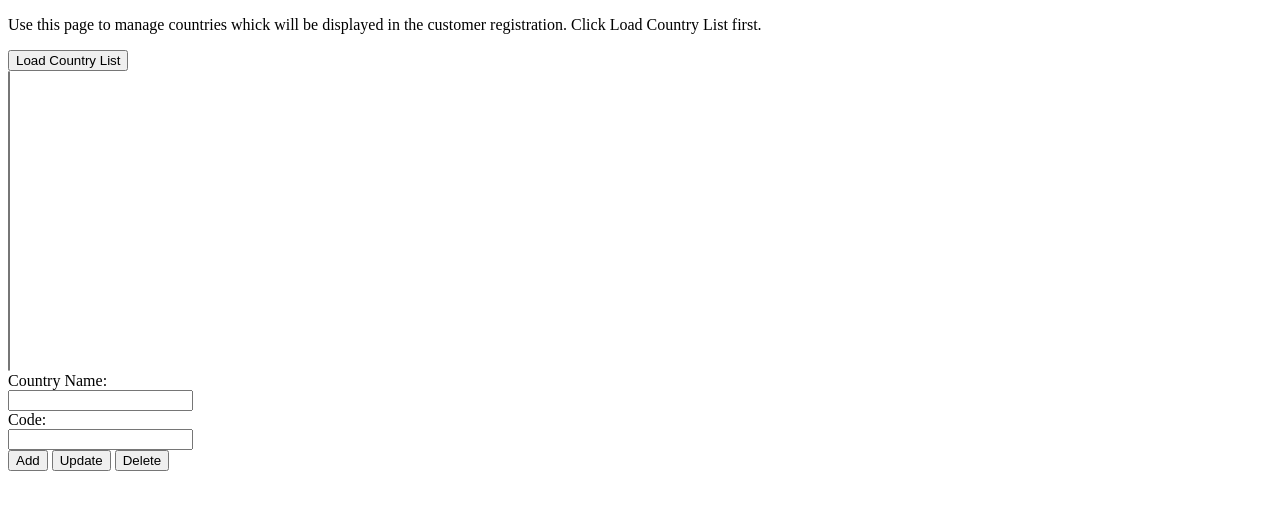
Repository: theAnh-js/Spring-Boot-E-commerce
Page: http://localhost/settings/states
These files come from the project's save history. The page is drawn as it stood at one moment and after the next save; the edit follows.
The browser window is 1280 px wide. The pictures show the whole page.
The page is this project's Thymeleaf template; nobody is signed in. The template is opened directly, without the code that normally fills it, so the values that code supplies are empty.

Above is the page before, as saved 2024-02-15 15:44:52.

After the next save:
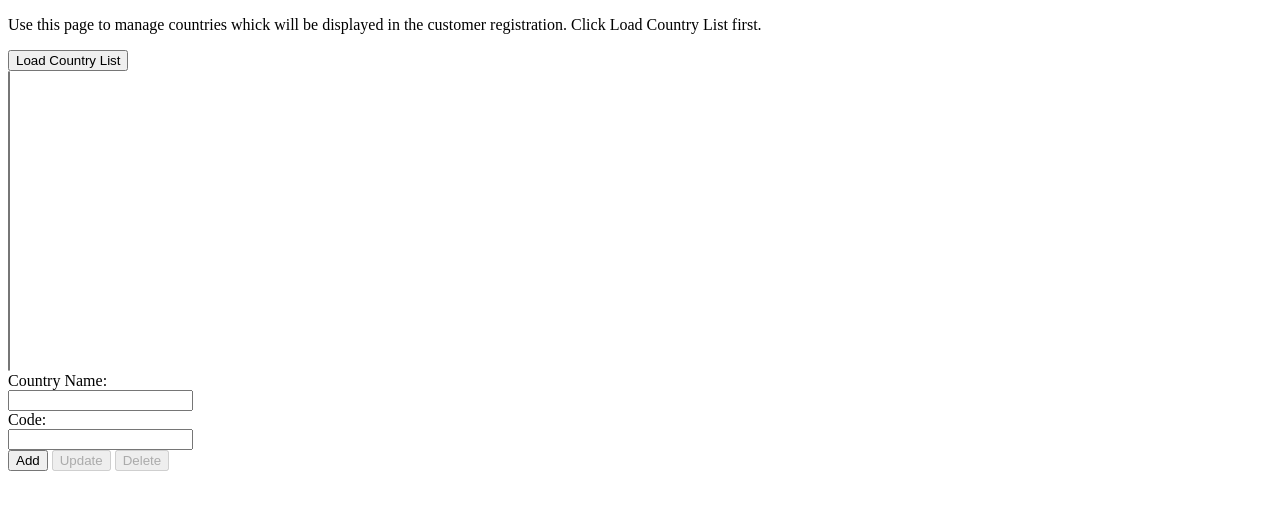
Saved 6 min 22 s later.
--- a/ShopmeProject/ShopmeWebParent/ShopmeBackEnd/src/main/resources/templates/settings/states.html
+++ b/ShopmeProject/ShopmeWebParent/ShopmeBackEnd/src/main/resources/templates/settings/states.html
@@ -28,9 +28,9 @@
 		</div>
 
 		<div class="col-lg-4 mt-2">
-			<input type="button" value="Add" class="btn btn-secondary mr-2"/>
-			<input type="button" value="Update" class="btn btn-secondary mr-2"/>
-			<input type="button" value="Delete" class="btn btn-secondary"/>
+			<input type="button" id="buttonAddCountry" value="Add" class="btn btn-secondary mr-2"/>
+			<input type="button" id="buttonUpdateCountry" value="Update" class="btn btn-secondary mr-2" disabled="disabled"/>
+			<input type="button" id="buttonDeleteCountry" value="Delete" class="btn btn-secondary" disabled="disabled"/>
 		</div>
 	</div>
 
